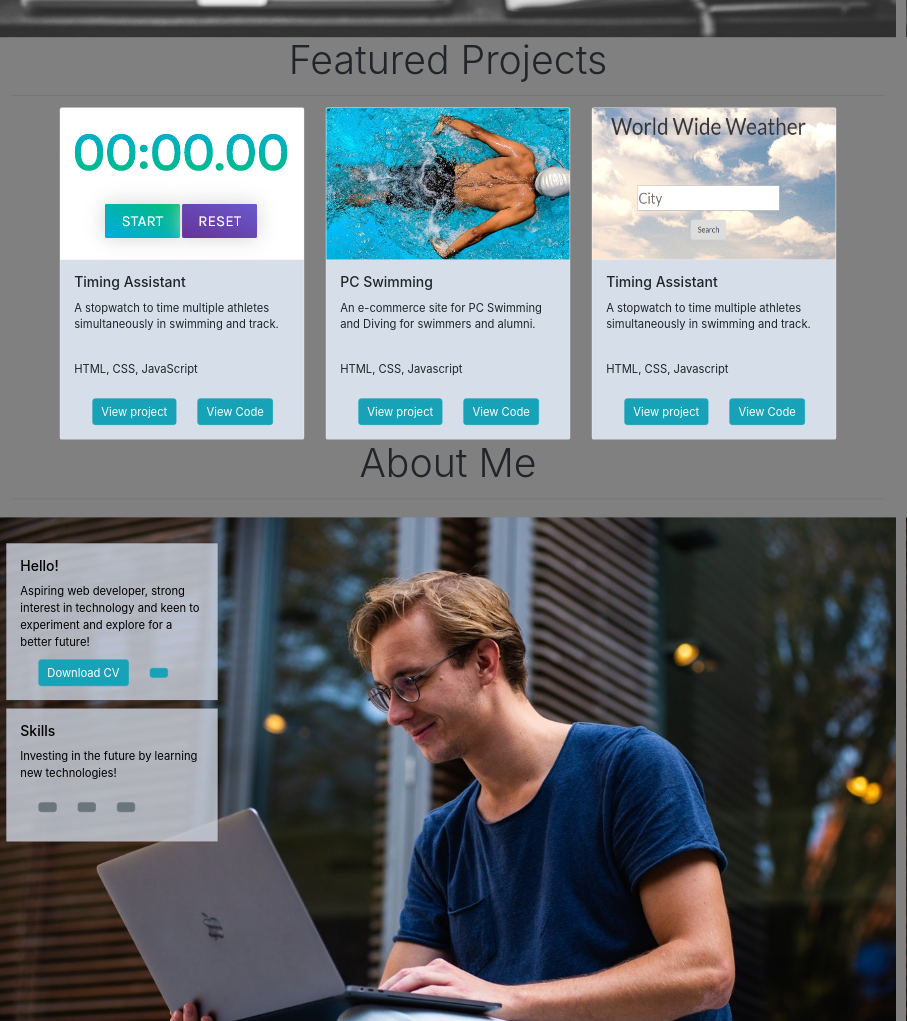
Repository: Code-Institute-Submissions/Zaidcoll-Project1
Page: index.html
The author's editor kept a record of every edit. The page is drawn from the files as they stood at one moment, then again after the next edit.
The browser window is 1280 px wide. The page is 1295 px wide, so the pictures cover 1295 px, including what lies to the right of the window. The pictures show the part of the page from y = 723 to 2603 px (the page is 2182 px tall before and 2603 px after), at 70% of full size.
Some web libraries are served in a nearby version.

Above is the page before.

After the next edit:
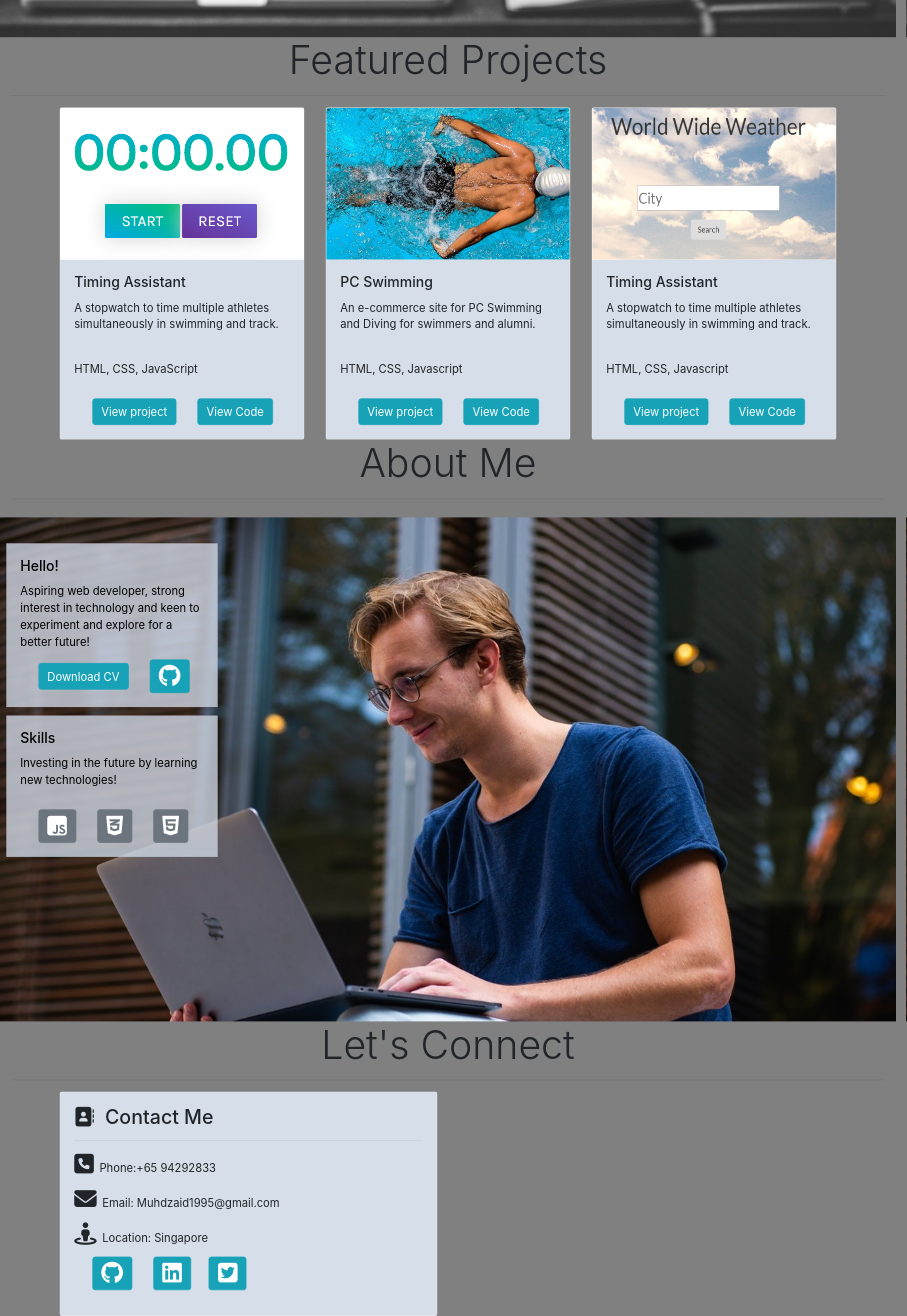
The edit:
--- a/index.html
+++ b/index.html
@@ -136,7 +136,34 @@
     </div>
   </div>
 
+  <div class = 'container-fluid'>
+    <div class = 'row text-center'>
+      <div class = 'col-12'>
+        <a name='contacts'>
+        <h1 class = 'display-4 title-style'>Let's Connect</h1>
+        <hr>
+      </div>
+    </div>
+  </div>
 
+
+
+<div class = 'container'>
+  <div class = 'row'>
+    <div class = 'col-md-6'>
+      <div class="card">
+      <div class="card-body">
+        <h3 class="card-title"><i class="fas fa-address-book mr-3 "></i>Contact Me</h3>
+        <hr>
+          <p class="card-text"><i class="fas fa-phone-square fa-2x mr-2"></i>Phone:+65 94292833</p>
+          <p class="card-text"><i class="fas fa-envelope fa-2x mr-2"></i>Email: Muhdzaid1995@gmail.com</p>
+          <p class="card-text"><i class="fas fa-street-view fa-2x mr-2"></i>Location: Singapore</p>
+          <p> <a class="btn btn-info" href="#"data-placement="bottom" title="Github"><i class="fab fa-github fa-2x "></i></a> <a class="btn btn-info" href="#"data-placement="bottom" title="Linkedin"><i class="fab fa-linkedin fa-2x "></i></a><a class="btn btn-info" href="#"data-placement="bottom" title="Twitter"><i class="fab fa-twitter-square fa-2x "></i></a></p>
+      </div>
+    </div>
+    </div>
+
+    <script src="https://kit.fontawesome.com/ce1f594b7c.js"></script>
     <script src="https://code.jquery.com/jquery-3.3.1.slim.min.js" integrity="sha384-q8i/X+965DzO0rT7abK41JStQIAqVgRVzpbzo5smXKp4YfRvH+8abtTE1Pi6jizo" crossorigin="anonymous"></script>
     <script src="https://cdnjs.cloudflare.com/ajax/libs/popper.js/1.14.7/umd/popper.min.js" integrity="sha384-UO2eT0CpHqdSJQ6hJty5KVphtPhzWj9WO1clHTMGa3JDZwrnQq4sF86dIHNDz0W1" crossorigin="anonymous"></script>
     <script src="https://stackpath.bootstrapcdn.com/bootstrap/4.3.1/js/bootstrap.min.js" integrity="sha384-JjSmVgyd0p3pXB1rRibZUAYoIIy6OrQ6VrjIEaFf/nJGzIxFDsf4x0xIM+B07jRM" crossorigin="anonymous"></script>
